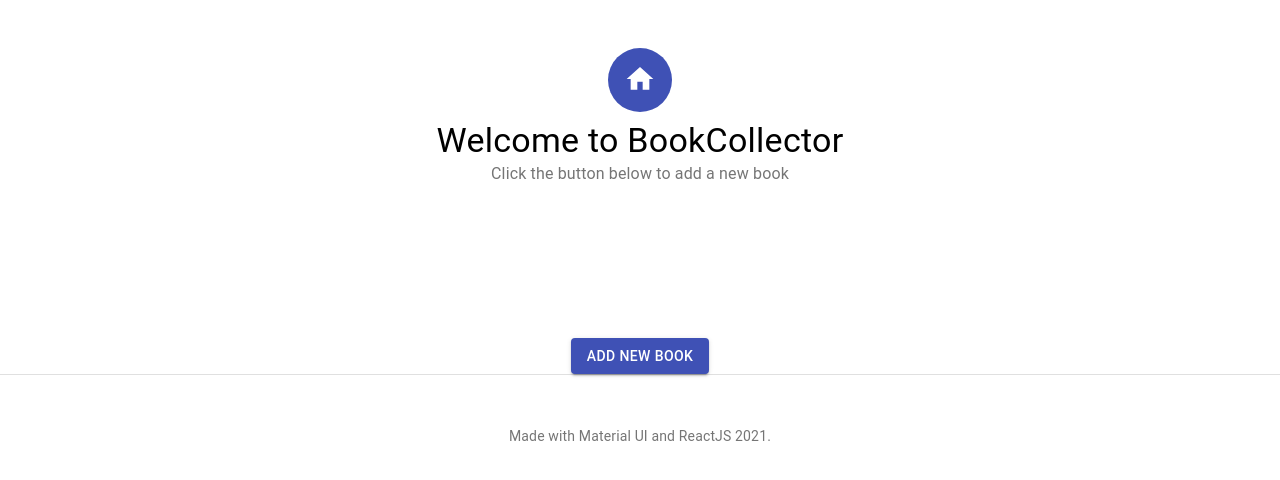
Repository: Colo-Codes/mini-project-react-book-collector
Page: /
The author's editor kept a copy of each file at every save. The page is drawn from the files as they stood at one save, then again after the next save.
The browser window is 1280 px wide. The pictures show the whole page.
The project was rebuilt for these pictures with package versions that can differ from the ones it lists, and the page was loaded fresh each time. Also part of the build but not shown: src/Books/BooksGridItem.js, src/Books/AddBookForm.js.

Above is the page before, as saved 2021-08-25 14:09:41.

After the next save:
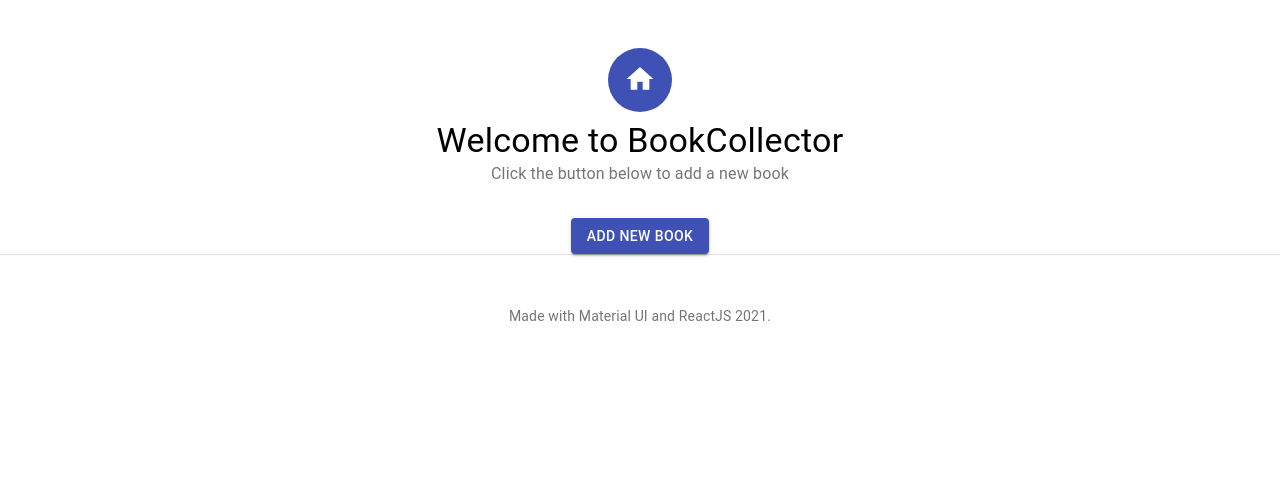
Saved 12 s later.
--- a/src/UI/Header.js
+++ b/src/UI/Header.js
@@ -7,7 +7,6 @@ const useStyles = makeStyles(theme => ({
         display: 'flex',
         flexDirection: 'column',
         alignItems: 'center',
-        marginBottom: theme.spacing(15),
     },
     avatar: {
         margin: theme.spacing(1),
